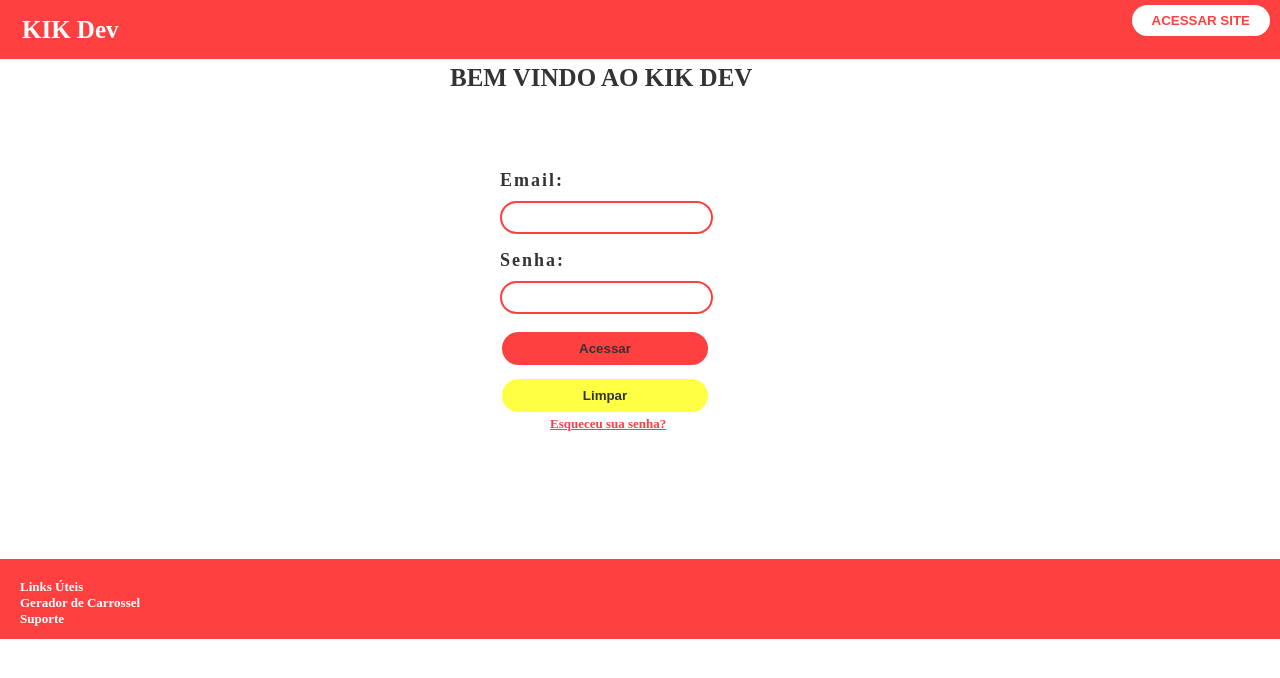
Repository: devgabrielvieira/kikdev
Page: index.html
An editor plug-in stored every save of this project. The page is shown before and after the next save, followed by the edit.
The browser window is 1280 px wide. The pictures show the whole page.

Above is the page before, as saved 2022-10-30 20:42:30.

### index.html
<!DOCTYPE html>
<html lang="pt-br">

<head>
    <meta charset="UTF-8">
    <meta http-equiv="X-UA-Compatible" content="IE=edge">
    <meta name="viewport" content="width=device-width, initial-scale=1.0">
    <link rel="shortcut icon" href="imagens/favicon.ico" type="image/x-icon">
    <link rel="stylesheet" href="style.css">
    <link rel="stylesheet" href="style-mobile.css">
    <script src="script_processo.js"></script>
    <title>KIK Dev</title>

</head>

<body id="pag_processos" onload="dimensaoTela()">

    <div class="header-index">
        <a href="#Default" class="logo">KIK Dev</a>

        <button type="submit" name="name" class="button-right"><strong>ACESSAR SITE</strong></a></button>

    </div>
    <div class="conteudo">
        <!--abrimos a div conteúdo-->

        <h3>BEM VINDO AO KIK DEV</h3>

        <div class="login">
            <label for="username">Email:</label>
            <input type="text" id="username" name="username">
            <label for="pass">Senha:</label>
            <input type="password" id="pass" name="password" minlength="8" required>
            <input class="btn-acessar" type="submit" value="Acessar">
            <input class="btn-limpar" type="reset" value="Limpar">
        </div>
        <a href="recuperar-senha.html" target="_self" rel="next" class="href">Esqueceu sua senha?</a>
    </div>
    <!--aqui fechamos a div conteudo-->

    <footer class="footer">
        <strong>
            <p>Links Úteis</p>
        </strong>
        <strong>
            <p>Gerador de Carrossel</p>
        </strong>
        <strong>
            <p>Suporte</p>
        </strong>
    </footer>

</body>

</html>

### style.css
@charset "UTF-8";

* {
  margin: 0;
  padding: 0;
}

html {
  margin: 0;
  padding: 0;
}

.header {
  overflow: hidden;
  background-color: #ff4040;
  padding: 20px 10px;
}

.header a {
  float: left;
  color: #fff;
  text-align: center;
  padding: 12px;
  text-decoration: none;
  font-size: 18px;
  line-height: 25px;
  border-radius: 4px;
}

.header a.logo {
  font-size: 25px;
  font-weight: bold;
}

.header a:hover {
  background-color: #ddd;
  color: #333333;
}

.header a.active {
  background-color: #d8d7d7;
  color: #fff;
}

.header-right {
  float: right;
}

.button-right {
  float: right;
  padding: 8px 20px;
  border: #d8d7d7;
  border-radius: 50px;
  color: #ff4040;
  background-color: #fff;
}

.header-index {
  overflow: hidden;
  background-color: #ff4040;
  padding: 5px 10px;
}

.header-index a {
  float: left;
  color: #fff;
  text-align: center;
  padding: 12px;
  text-decoration: none;
  font-size: 18px;
  line-height: 25px;
  border-radius: 4px;
}

.header-index a.logo {
  font-size: 25px;
  font-weight: bold;
}

.header-index a:hover {
  background-color: #ddd;
  color: #333333;
}

.header-index a.active {
  background-color: #d8d7d7;
  color: #fff;
}

.conteudo {
  width: 100%;
  height: 450px;
  overflow: hidden;
  background-color: #fff;
}

/* .conteudo img {
    width: 100%;
    background-color: #fff;
    margin: 2px 0 0 0;
    padding: 0;
    position: relative;
    height: 15.5rem;
} */

.footer {
  width: auto;
  background-color: #ff4040;
  padding: 20px 10px;
  position: relative;
  height: 2.5rem;
  bottom: -50px;
}

p {
  font-size: 13px;
  margin: 0 0 0 10px;
  float: none;
  overflow: hidden;
  color: #fff;
}

label {
  margin: 10px 50px 0 500px;
  display: block;
  letter-spacing: 2px;
  font-size: 18px;
  color: #333333;
  margin-bottom: 3px;
  font-weight: bold;
}

input[type="submit"],
label {
  margin: 5px 50px 0 500px;
  margin-top: 1rem;
  color: #333333;
}

input {
  margin: 10px 50px 0 500px;
  caret-color: #222;
  color: #333333;
  border: 2px solid #ff4040;
  border-radius: 36px;
  padding: 7px 15px;
  text-align: center;
  font-weight: bold;
}

input:hover {
  border: 2px solid #a0a0a0;
}

.login {
  margin: 80px 0 0 0;
  width: -100%;
}

.btn-acessar {
  margin: 10px 50px 0 500px;
  background: #ff4040;
  border: 2px solid #fff;
  padding: 9px 15px;
  width: 210px;
  max-width: 100%;
}

.btn-limpar {
  margin: 10px 50px 0 500px;
  background: #ff4;
  border: 2px solid #fff;
  padding: 9px 15px;
  width: 210px;
  max-width: 100%;
}

.href {
  margin: 10px 50px 0 500px;
  padding: 19px 50px;
  font-size: 13px;
  font-weight: bold;
  color: #ff4040;
  text-align: center;
  max-width: 100%;
}

h3 {
  font-size: 25px;
  width: 100%;
  display: inline-block;
  /* margin: 5px 0 auto 450px; */
  margin-top: 5px;
  margin-left: 450px;
  margin-bottom: -500px;
  color: #333333;
}

### style-mobile.css
@charset "UTF-8";

@media screen and (max-width: 1200px) {
  * {
    margin: 0;
    padding: 0;
  }

  html {
    margin: 0;
    padding: 0;
  }

  .header-index {
    overflow: hidden;
    background-color: #ff4040;
    padding: 10px 15px;
    height: 5.5rem;
    width: 100%;
  }

  .header a {
    float: none;
    display: block;
    text-align: left;
  }

  .header-index a {
    float: none;
    display: block;
    text-align: left;
  }

  .header-right {
    float: none;
  }

  .button-right {
    float: none;
  }

  .footer {
    float: none;
    bottom: -280px;
    overflow: hidden;
    padding: 10px 15px;
    height: 5.5rem;
    width: 100%;
  }

  /* .conteudo img {
        float: none;
        display: block;
        position: absolute;
        width: 100%;
        background-color: #fff;
        margin: 2px 0 0 0;
        height: 10rem;
    } */

  .login {
    width: 50%;
    display: inline-block;
  }

  label {
    margin-left: 50%;
    margin-bottom: 3px;
    display: block;
    letter-spacing: 2px;
    font-size: 18px;
    color: #333333;
    font-weight: bold;
  }

  input[type="submit"],
  label {
    margin-left: 50%;
    margin-top: 1rem;
    color: #333333;
  }

  input {
    margin-left: 50%;
    caret-color: #222;
    color: #333333;
    border: 2px solid #ff4040;
    border-radius: 36px;
    padding: 7px 15px;
    text-align: center;
    font-weight: bold;
  }

  input:hover {
    border: 2px solid #a0a0a0;
  }

  .href {
    margin-left: 30%;
    font-size: 13px;
    font-weight: bold;
    color: #ff4040;
    text-align: center;
    width: 100%;
    padding: 2rem;
  }

  .btn-acessar {
    margin-left: 50%;
    margin-right: 50%;
    background: #ff4040;
    border: 2px solid #fff;
    padding: 9px 15px;
    width: 210px;
    max-width: 100%;
  }

  .btn-limpar {
    margin-left: 50%;
    margin-right: 50%;
    background: #ff4;
    border: 2px solid #fff;
    padding: 9px 15px;
    width: 210px;
    max-width: 100%;
  }

  h3 {
    font-size: 25px;
    width: 100%;
    display: inline-block;
    margin-bottom: 0.5rem;
    margin-left: 15%;
    color: #333333;
  }
}

### script_processo.js
function dimensaoTela(){
    var heightTela = window.innerHeight;
    var widthTela = window.innerWidth;

    document.getElementById('pag_processos').style.minHeight = heightTela+'px';
}

After the next save:
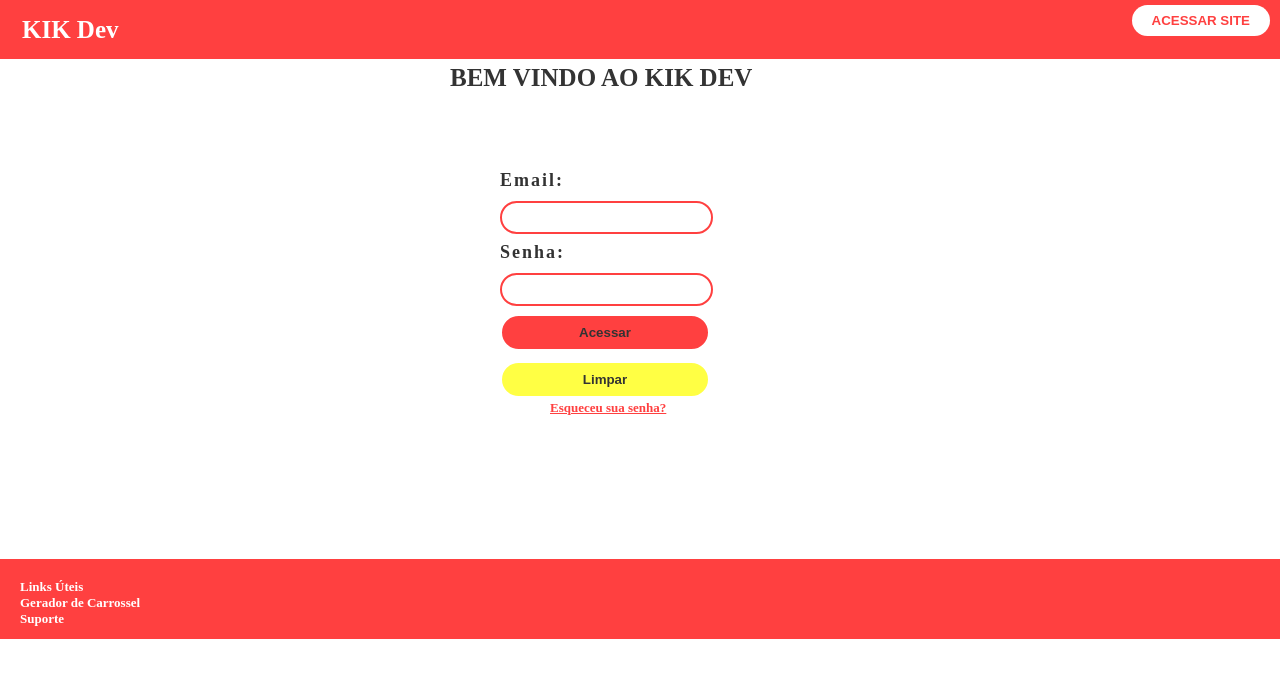
Saved 12 s later.
--- a/style.css
+++ b/style.css
@@ -133,7 +133,7 @@ label {
 input[type="submit"],
 label {
   margin: 5px 50px 0 500px;
-  margin-top: 1rem;
+  margin-top: 0.5rem;
   color: #333333;
 }
 
